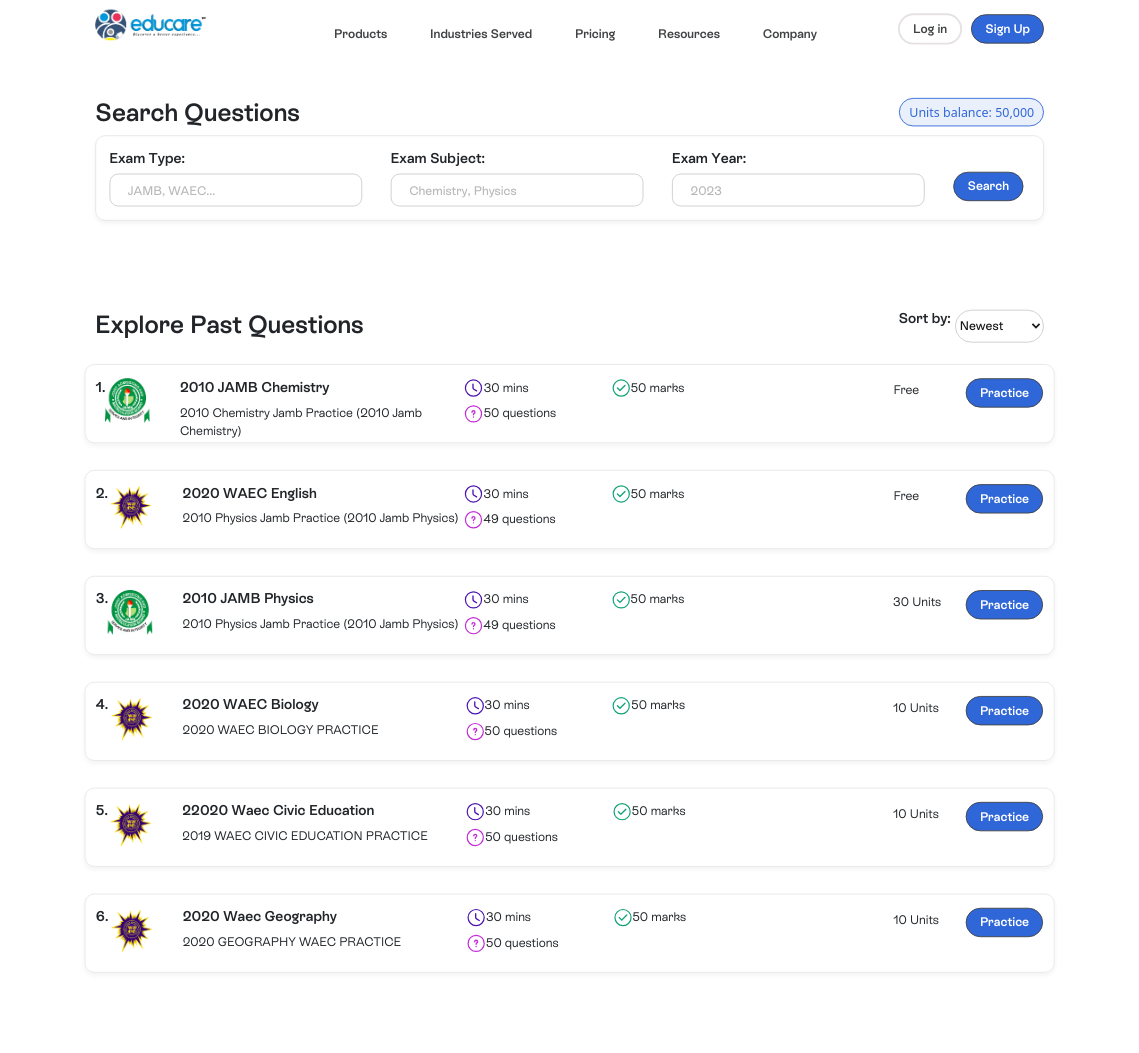
Repository: sarahnnanyelugo/educare-cbt
Page: /exam-list
The author's editor kept a copy of each file at every save. The page is drawn from the files as they stood at one save, then again after the next save.
The browser window is 1280 px wide. The pictures show the whole page, at 89% of full size.
The project was rebuilt for these pictures with package versions that can differ from the ones it lists, and the page was loaded fresh each time. Also part of the build but not shown: src/components/Form/SignUpForm.js, src/pages/AuthenticationPage/auth.scss, src/pages/AuthenticationPage/AuthenticationPage.js, src/components/TestModal/test-modal.scss, src/components/Navbar/navbar.scss, src/components/Navbar/Navbar.js, src/components/EducareNavBar/MobileDrop/Mobile-drop.js, src/pages/TestInstructions/TestInstructions.js and 40 more. Imported but missing from the stored project, and not drawn on this page: src/components/Form/Password, src/components/GoogleButton/GoogleButton.

Above is the page before, as saved 2023-11-13 19:33:50.

### src/App.css
@font-face {
  font-family: rebondG;
  src: url(./assets/fonts/Rebond_font/RebondG.otf);
}
@font-face {
  font-family: rebondG-Bold;
  src: url(./assets/fonts/Rebond_font/RebondG-Bold.otf);
}
@font-face {
  font-family: rebondG-Semi-Bold;
  src: url(./assets/fonts/Rebond_font/Rebond-semibold.otf);
}
@font-face {
  font-family: rebondG-Medium;
  src: url(./assets/fonts/Rebond_font/RebondGrotesqueMedium.otf);
}
@font-face {
  font-family: rebondBook;
  src: url(./assets/fonts/Rebond_font/RebondG-Book.ttf);
}

h1,
h2,
h3,
h4,
h5,
h6 {
  font-family: rebondG-Semi-Bold;
}

p {
  font-family: rebondBook;
  font-size: 16px;
}
small {
  font-family: rebondBook;
}
button {
  font-family: rebondG-Semi-Bold;
}
ul li {
  font-family: rebondG-Medium;
}
@media screen and (min-width: 620px) {
  .flexy {
    display: flex;
  }
}
@media screen and (max-width: 620px) {
  .flexyM {
    display: flex;
  }
}
hr {
  border-color: #a4a2a2 !important;
}

### src/components/Exams/Exams.js
import React, { useState } from "react";
import "./exams.scss";
import Time from "../../assets/images/time.svg";
import Question from "../../assets/images/question.svg";
import Tick from "../../assets/images/tick.svg";
import Table from "react-bootstrap/Table";
import { TestModal } from "../TestModal/TestModal";
import { Link } from "react-router-dom";

export const Exams = ({ data }) => {
  const [user, setUser] = useState(JSON.parse(sessionStorage.getItem("user")));
  return (
    <>
      <div className="questions-div  col-12">
        <Table>
          <tbody>
            <tr>
              <td>
                {" "}
                <h6>{data.num}.</h6>
              </td>
              <td className="col-md-1">
                {" "}
                <img
                  src={data.examType}
                  alt="logo"
                  width="50px"
                  height="50px"
                  className="examlogo"
                />
              </td>
              <td className="col-md-4 col-6">
                {" "}
                <h6>{data.examYearTypeSubject}</h6>
                <p>{data.examDetails}</p>
              </td>
              <td className="col-md-2 col-4">
                {" "}
                <div className="flexy" style={{ marginBottom: "7px" }}>
                  <img src={Time} alt="logo" width="22px" height="22px" />
                  <small>{data.examDuration}</small>
                </div>
                <div className="flexy">
                  <img src={Question} alt="logo" width="22px" height="22px" />
                  <small>{data.questionNum}</small>
                </div>
              </td>
              <td className="col-md-4">
                {" "}
                <div className="flexy">
                  <img src={Tick} alt="logo" width="22px" height="22px" />
                  <small>{data.examMarks}</small>
                </div>
              </td>
              <td className="col-md-2">
                {" "}
                <small>{data.unitNum}</small>
              </td>
              <td>
                {user === undefined ? (
                  <TestModal />
                ) : (
                  <Link to={"/authenticate"}>
                    {" "}
                    <button>Practice</button>
                  </Link>
                )}
              </td>
            </tr>
          </tbody>
        </Table>
      </div>
    </>
  );
};

### src/pages/ExamList/exam-list.scss
@import "../../variables";
@import "../../shared-styles";

.home-div {
  padding-top: 60px;
  padding-bottom: 60px;
  .unit {
    h3 {
      flex-grow: 1;
    }
    button {
      color: #2f67d8;
      background: #2f67d81a;
      border: solid 1px #2f67d8;
      width: 163px;
      font-size: 14px;
      height: 32px;
      border-radius: 100px;
      @media screen and (max-width: 620px) {
        width: 140px;
        font-size: 12px;
      }
    }
    @media screen and (max-width: 620px) {
      margin-bottom: 10px;
    }
  }
  .question-type-div {
    border-radius: 11px;
    background: #ffffff;
    padding: 15px;
    border: solid 1px #e7e7e7;
    box-shadow: 0px 3px 6px #0000000d;
    input {
      width: 90%;
      border: solid 1px #cecbcb;
      height: 37px;
      border-radius: 10px;
      background: #fff;
      padding-left: 20px;
      @media screen and (max-width: 620px) {
        width: 100%;
      }
    }
    ::placeholder {
      color: #191919 !important;
      text-align: left;
      opacity: 0.3;
      font-size: 14px !important;
      font-family: rebondG-Medium;
    }
    button {
      @include main-btn;
      margin-top: 25px;
    }
    h6 {
      @media screen and (max-width: 620px) {
        margin-top: 30px;
      }
    }
  }
  .sort {
    margin-top: 100px;
    margin-bottom: 20px;
    h3 {
      flex-grow: 1;
      @media screen and (max-width: 620px) {
        font-size: 16px;
        margin-top: 10px;
      }
    }
    h6 {
      // margin-top: 10px;
      margin-right: 5px;
    }
    select {
      border: solid 1px #cecbcb;
      border-radius: 35px;
      width: 100px;
      height: 37px;
      background: #fff;
      font-family: rebondG-Medium;
      font-size: 14px;
      color: #191919;
    }
  }
}

### src/pages/TestInstructions/test-instructions.scss
@import "../../variables";
@import "../../shared-styles";

.test-instructions-div {
  padding-top: 80px;
  padding-bottom: 250px;
  background: url("../../assets/images/brush-bg.png");
  background-size: cover;
  background-repeat: no-repeat;
  //   background-position: center;
  @media screen and (max-width: 620px) {
    padding-left: 10px;
    padding-right: 10px;
  }
  .T-instructions {
    border: 1px solid #e7e7e7;
    box-shadow: 0px 3px 6px #0000000d;
    border-radius: 10px;
    height: 444px;
    background: #fff;
    padding: 30px 20px;
    @media screen and (max-width: 620px) {
      height: fit-content;
    }
    .title-div {
      border-bottom: 1px solid #e7e7e7;
    }
    .inner {
      margin-top: 30px;
      h6 {
        margin-bottom: 20px;
        font-size: 16px;
      }
      p {
        font-size: 16px;
      }
      .proceed-btn {
        @include main-btn;
      }
      .back-btn {
        border: 1px solid #2f67d8;
        color: #2f67d8;
        background: #fff;
        border-radius: 100px;
        width: 91px;
        height: 36px;
        font-size: 14px;
      }
      .instruction-btns {
        margin-top: 250px;
        @media screen and (max-width: 620px) {
          margin-top: 120px;
        }
      }
    }
    ul {
      margin-top: 60px;
    }
    ul li {
      color: #d52143;
      font-size: 14px;
      img {
        margin-right: 7px;
      }
    }
  }
}

### src/pages/Wallet/wallet.scss
@import "../../variables";
@import "../../shared-styles";

.balance-sheet {
  height: 146px;
  border: 1px solid var(--unnamed-color-2f67d8);
  background: #2f67d81a 0% 0% no-repeat padding-box;
  box-shadow: 0px 3px 6px #0000000d;
  border: 1px solid #2f67d8;
  border-radius: 10px;
  padding: 20px;
  button {
    @include main-btn;
    margin-top: 40px;
  }
  h1 {
    font-family: rebondG-Bold;
  }
}
.activity-div {
  height: 106px;
  background: var(--unnamed-color-ffffff) 0% 0% no-repeat padding-box;
  background: #ffffff 0% 0% no-repeat padding-box;
  box-shadow: 0px 3px 6px #0000000d;
  border: 1px solid #e7e7e7;
  border-radius: 11px;
  padding: 0px 20px;
  margin-top: 20px;
  small {
    font-size: 12px;
    color: #191919;
    opacity: 0.5;
  }
  p {
    font-size: 14px;
    color: #191919;
    opacity: 0.5;
    line-height: 20px;
  }
  h6 {
    // margin: 0 !important;
  }
  img {
    height: 49px;
    width: 50px;
    margin-top: 20px;
  }
}

.your-div {
  opacity: 0;
  transform: translateY(100%);
  transition: opacity 0.5s, transform 0.5s;
}

.your-div.slide-in {
  opacity: 1;
  transform: translateY(0);
}

/* Add a delay for each div */
.your-div:nth-child(1) {
  transition-delay: 0.5s;
}

.your-div:nth-child(2) {
  transition-delay: 1s;
}

.your-div:nth-child(3) {
  transition-delay: 1.5s;
}
.your-div:nth-child(4) {
  transition-delay: 2s;
}

/* Add more rules for additional divs */

### src/pages/SummaryPage/summary.scss
@import "../../variables";
@import "../../shared-styles";

.test-instructions-div {
  padding-top: 80px;
  padding-bottom: 250px;
  background: url("../../assets/images/brush-bg.png");
  background-size: cover;
  background-repeat: no-repeat;
  .test-body {
    height: 394px;
    box-shadow: 0px 3px 6px #0000000d;
    border: 1px solid #e7e7e7;
    border-radius: 10px;
    background: #fff;
    h3 {
      color: #191919;
      font-family: rebondG-Bold;
      font-size: 20px;
    }

    .attempts-btn {
      border-bottom: solid 1px #e7e7e7;
    }
  }
  .return-btn {
    padding: 5px 10px;
    background: #2f67d8;
    border: solid 1px #414244;
    border-radius: 100px;
    font-family: rebondG-Semi-Bold;
    color: #fff;
    font-size: 14px;
  }
}
.summary-btn {
  border: solid 1px #2f67d8;
  box-shadow: 0px 3px 6px #0000000d;
  border-radius: 10px;
  width: 94px;
  height: 52px;
  color: #2f67d8;
  font-family: rebondG-Bold;

  background: #2f67d81a;
  font-size: 14px;
}
.submit-query {
  padding-top: 20px;
  padding-bottom: 20px;
}

### src/components/Exams/exams.scss
@import "../../variables";
@import "../../shared-styles";

.questions-div {
  border: 1px solid #e7e7e7;
  border-radius: 11px;
  box-shadow: 0px 3px 6px #0000000d;
  height: 89px;
  margin-bottom: 30px;
  padding-top: 15px;

  @media screen and (max-width: 620px) {
    height: fit-content;
    overflow: scroll;
  }
  h6 {
    font-size: 16px;
  }
  p {
    font-size: 14px;
  }
  button {
    @include main-btn;
  }

  tr td {
    border: none;
    padding: 0 !important;
    text-align: left;
    // overflow: scroll;
    small {
      font-size: 14px;
    }
  }
}

### src/_variables.scss
$blue: #0098da;
$lightblue: #e1f2fa;
$purple: #5044b2;
@mixin get-started-button {
  color: #fff;
  border-radius: 35px;
  border: solid 1px #414244;
  padding: 8px 20px;
  font-size: 14px;
  font-family: rebondG-Semi-Bold;

  // &:hover {
  //   background: #30266b;
  //   transition: 0.5s ease;
  // }
}
@mixin main-btn {
  background: #2f67d8 !important;
  color: #fff;
  border-radius: 100px;
  // width: 91px;
  // height: 36px;
  padding: 5px 15px;
  font-size: 14px;
  border: solid 1px #414244;
  font-family: rebondG-Semi-Bold;

  &:hover {
    background: #1e4ba7 !important;
    transition: 0.5s ease;
  }
}
@mixin login-or-signup-button {
  background: #fff !important;
  color: #414244;
  border-radius: 32px;
  padding: 5px 15px;
  font-size: 14px;
  // font-weight: bold;
  border: none;
  border: solid 2px rgb(230, 225, 225);
  font-family: rebondG-Semi-Bold;

  &:hover {
    background: rgb(231, 231, 231) !important;
    transition: 0.5s ease;
  }
}

### src/_shared-styles.scss
.mt1 {
  margin-top: 10px;
}
.mt2 {
  margin-top: 20px;
}
.mt3 {
  margin-top: 30px;
}
.mt4 {
  margin-top: 40px;
}
.mt5 {
  margin-top: 50px;
}
.mt6 {
  margin-top: 60px;
}
.mt7 {
  margin-top: 70px;
}
.mt8 {
  margin-top: 80px;
}
.mt9 {
  margin-top: 90px;
}
.mt {
  margin-top: 140px;
}
.mtt {
  margin-top: 200px;
}
.bb {
  border-bottom: solid 1px rgb(233, 229, 229);
}
.bt {
  border-top: solid 1px rgb(233, 229, 229);
}
.pd {
  padding: 80px 0;
}
.br {
  border-right: solid 1px rgb(233, 229, 229);
}
.no-m {
  @media screen and (max-width: 620px) {
    margin: 0 !important;
  }
}
.ml {
  margin-left: 10px;
}
.ml4 {
  margin-left: 40px;
}
.ml3 {
  margin-left: 30px;
}

.features-link {
  color: #191919;
  text-decoration: none;
  &:hover {
    color: #191919;
  }
}

.mb5 {
  margin-bottom: 50px;
}
.mb4 {
  margin-bottom: 40px;
}

.no-margin {
  @media screen and (max-width: 620px) {
    margin-top: 0px !important;
    text-align: center;
  }
}
.grad2 {
  background: rgb(255, 255, 255);
  background: linear-gradient(
    180deg,
    rgba(255, 255, 255, 1) 28%,
    rgba(240, 240, 240, 1) 48%,
    rgba(255, 255, 255, 1) 75%
  );
}
.dn {
  @media screen and (max-width: 620px) {
    display: none;
  }
}
.dnW {
  @media screen and (min-width: 620px) {
    display: none;
  }
}
.dnM {
  @media screen and (max-width: 620px) {
    display: none;
  }
}
.img-resolv {
  width: 90%;
  @media screen and (max-width: 620px) {
    width: 100%;
  }
}
.link {
  font-size: 12px;
  text-decoration: none;
  color: #000;
  font-family: rebondG-Semi-Bold;
  margin-bottom: 0 !important;
}
.link2 {
  font-size: 12px;
  text-decoration: none;
  color: #2f67d8;
  font-family: rebondG-Semi-Bold;
}
.mobileview {
  @media screen and (min-width: 620px) {
    display: none;
  }
}

### src/pages/TestAnalysis/Analysis/analysis.scss
@import "../../../variables";
@import "../../../shared-styles";

.analysis-div {
  padding-top: 15px;

  @media screen and (max-width: 620px) {
    height: fit-content;
    overflow: scroll;
  }
  button {
    @include main-btn;
  }
  h6 {
    font-size: 16px;
  }
  p {
    font-size: 14px;
  }
  button {
    @include main-btn;
  }

  tr td {
    border: none;
    padding-top: 10px !important;
    padding-bottom: 5px !important;
    text-align: left;
    // border-top: 1px solid #e7e7e7;
    // border-bottom: 1px solid #e7e7e7;
    small {
      font-size: 14px;
    }
  }
  th {
    font-size: 16px;
    padding-top: 15px;
    padding-bottom: 15px;

    font-family: rebondG-Semi-Bold;
    color: #191919;
  }
}

### src/components/EducareNavBar/MenuTab/_menu-tab.scss
@import "../../../variables";
@import "../../../shared-styles";

.nav-pills .nav-link.active {
  color: #0098da !important;

  border-radius: 0 !important;
  transition: 1s ease !important;
  font-size: 13px !important;
  // margin-left: -4px;
  background: transparent !important;
}
.nav-link {
  color: #161617 !important;
  font-family: rebondG-Semi-Bold;
  padding: 0px !important;
  font-size: 14px !important;
  padding: 5px 0px 5px 0 !important;
  margin-top: 10px;
  width: 100%;
  &:hover {
    color: #161617 !important;
    // background: #e7e7e7;
  }
}
.menu-links {
  span {
    margin-left: 20px;
  }
}
.nav-rowed {
}
.tab-headerss {
  padding-left: 40px;
  @media screen and (max-width: 620px) {
    padding: 0;
  }
  .drop-down-nav {
    color: #161617 !important;
    font-family: rebondG-Semi-Bold;
    padding: 0px !important;
    padding-left: 10px !important;
    font-size: 14px !important;
    line-height: 35px !important;
    &:hover {
      color: #0098da !important;
    }
  }
}

.tab-content {
  background: #fff;
  // margin-left: -14px;
  padding: 10px;
  padding-left: 30px;
  color: #000;
  @media screen and (max-width: 620px) {
    padding: 0;
  }
}

### src/components/EducareNavBar/MobileDrop/mobile-drop.scss
@import "../../../variables";
@import "../../../shared-styles";

.mobile-drop-container {
  .accordion-button::after {
    margin-left: 20px !important;
    margin-top: 0px !important;
  }
  .accordion-header {
    background: none !important;
    // padding-bottom: 80px;
  }

  .accordion-body {
  }
  .accordion-button:not(.collapsed) {
    border: none !important;
    box-shadow: none !important;
  }

  .accordion-button:focus {
    outline: none !important;
    color: #161617 !important;
  }
  .accordion-button:hover {
    outline: none !important;
    background: none !important;
  }
  .accordion-button {
    padding-left: 15px !important;
    padding: 0 !important;
    box-shadow: none !important;
    margin-bottom: 20px;
  }
  .accordion-button::after {
    background-image: none !important;
    content: "\02C7";
    font-size: 25px !important;
    color: black !important;
    margin-top: 5px !important;
    font-weight: bold !important;
  }
  .accordion-button:not(.collapsed)::after {
    content: "\02C6" !important;
    margin-top: -5px !important;
  }
  .accordion-button:not(.collapsed) {
    color: black !important;
    box-shadow: none !important;
    border: none !important;
  }
}
.accordion {
  background: none !important;
}

### src/components/EducareNavBar/MenuLink/menu-link.scss
.menu-link-container {
  // padding-left: 10px;
  height: 150px;
  // background: red !important;
  padding: 7px;
  margin-bottom: 5px;
  @media screen and (max-width: 620px) {
    padding: 0;
  }
  &:hover {
    background: #f8f8f8;
    border-radius: 5px;
  }
  img {
    height: 28px;
    width: 28px;
  }
  p {
    font-size: 10px;
    line-height: 16px;
    @media screen and (max-width: 620px) {
      line-height: 22px;
    }
  }
  h6 {
    font-size: 16px !important;
    margin-top: 5px;
  }
}
.menu-link {
  &:hover {
    color: #161617;
  }
}
.hidden {
  display: none;
}

Loaded but not shown: public/index.html (common file); src/index.js (common file); src/index.css (common file); src/reportWebVitals.js (common file); src/components/scrollToTop.js (common file); src/TestData/questionsData.js (1013 lines, source omitted); src/components/EducareNavBar/MenuTab/MenuTab.js (162 lines, source omitted); src/TestData/MenuLinksData.js (206 lines, source omitted); src/TestData/summaryData.js (82 lines, source omitted); src/components/TestModal/TestModal.js (74 lines, source omitted); src/pages/ExamList/ExamList.js (69 lines, source omitted); src/App.js (42 lines, source omitted); src/TestData/analysisData.js (85 lines, source omitted); src/TestData/examsData.js (65 lines, source omitted); src/components/EducareNavBar/MenuLink/MenuLink.js (35 lines, source omitted); src/TestData/index.js (5 lines, source omitted); src/components/EducareNavBar/EducareNavBar.jsx (1102 lines, source omitted); src/components/EducareNavBar/_educare-navbar.scss (466 lines, source omitted); src/components/Form/form.scss (213 lines, source omitted); src/pages/Question/question.scss (143 lines, source omitted); src/pages/AnalysisDashboard/analysis-dashboard.scss (136 lines, source omitted); src/pages/Home/home.scss (129 lines, source omitted)

After the next save:
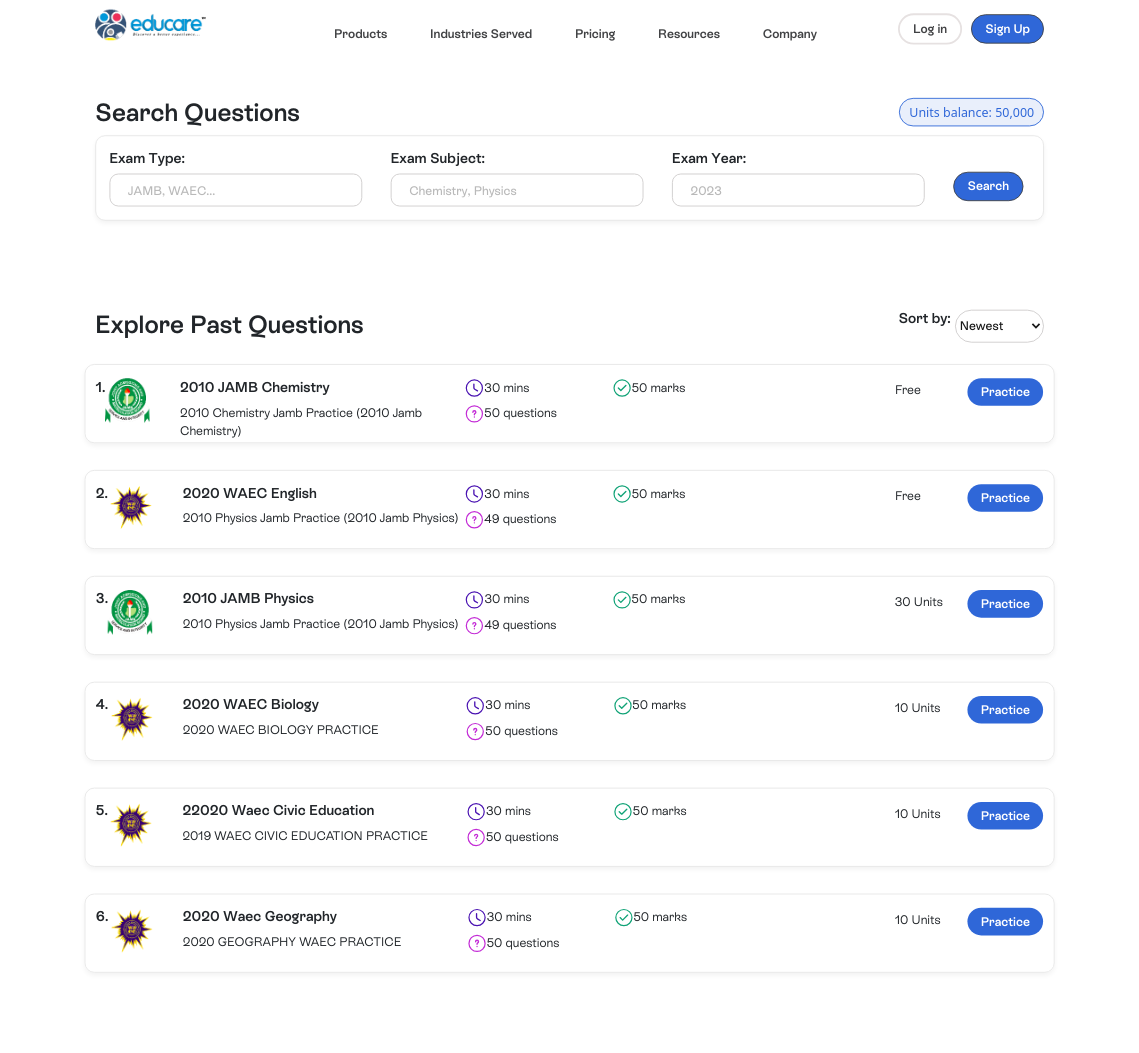
Saved 78 s later.
--- a/src/components/Exams/Exams.js
+++ b/src/components/Exams/Exams.js
@@ -57,7 +57,7 @@
                 <small>{data.unitNum}</small>
               </td>
               <td>
-                {user === undefined ? (
+                {user === null ? (
                   <TestModal />
                 ) : (
                   <Link to={"/authenticate"}>

After the save that followed:
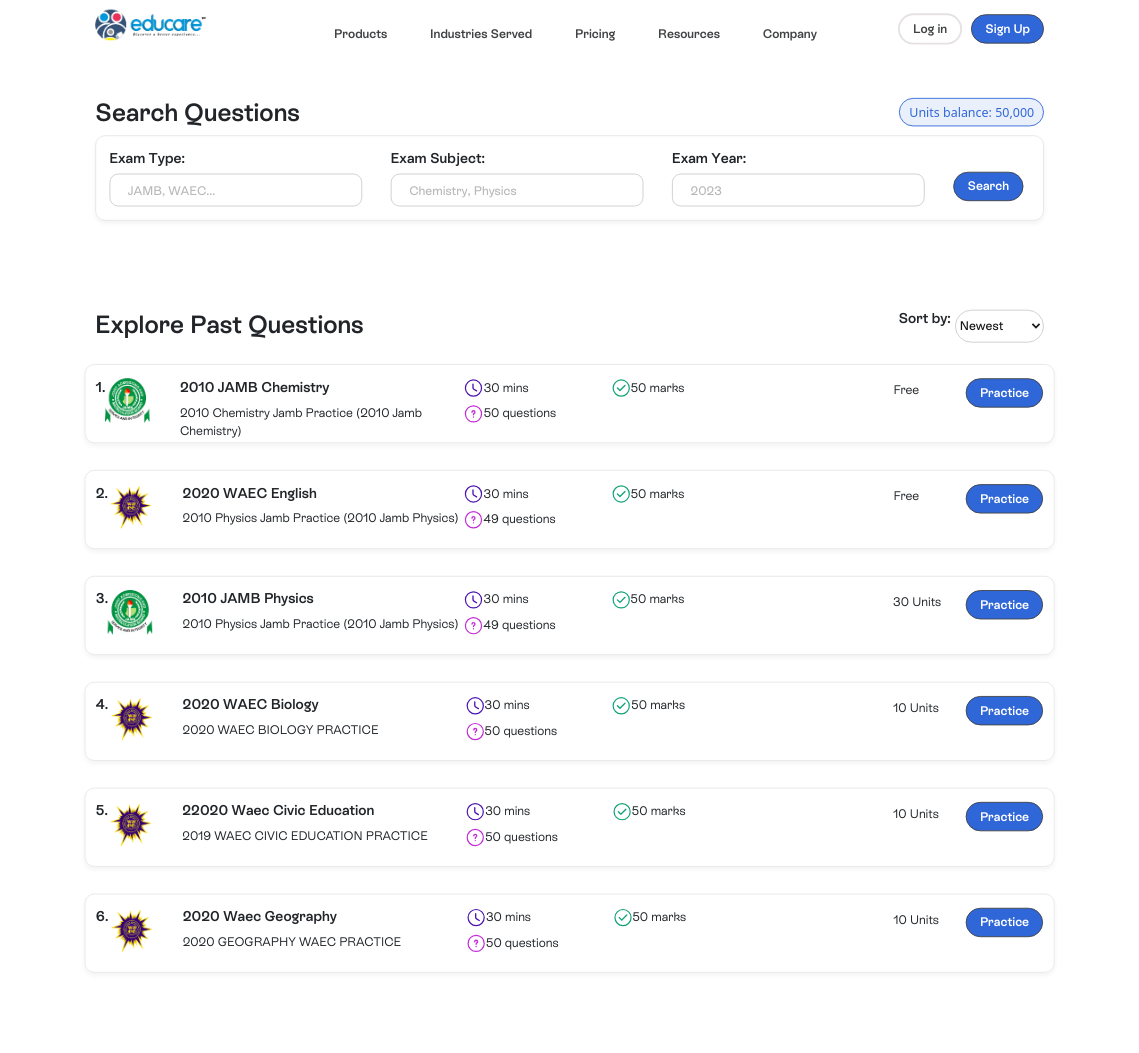
Saved 19 s later.
--- a/src/components/Exams/Exams.js
+++ b/src/components/Exams/Exams.js
@@ -57,7 +57,7 @@
                 <small>{data.unitNum}</small>
               </td>
               <td>
-                {user === null ? (
+                {user !== null ? (
                   <TestModal />
                 ) : (
                   <Link to={"/authenticate"}>
